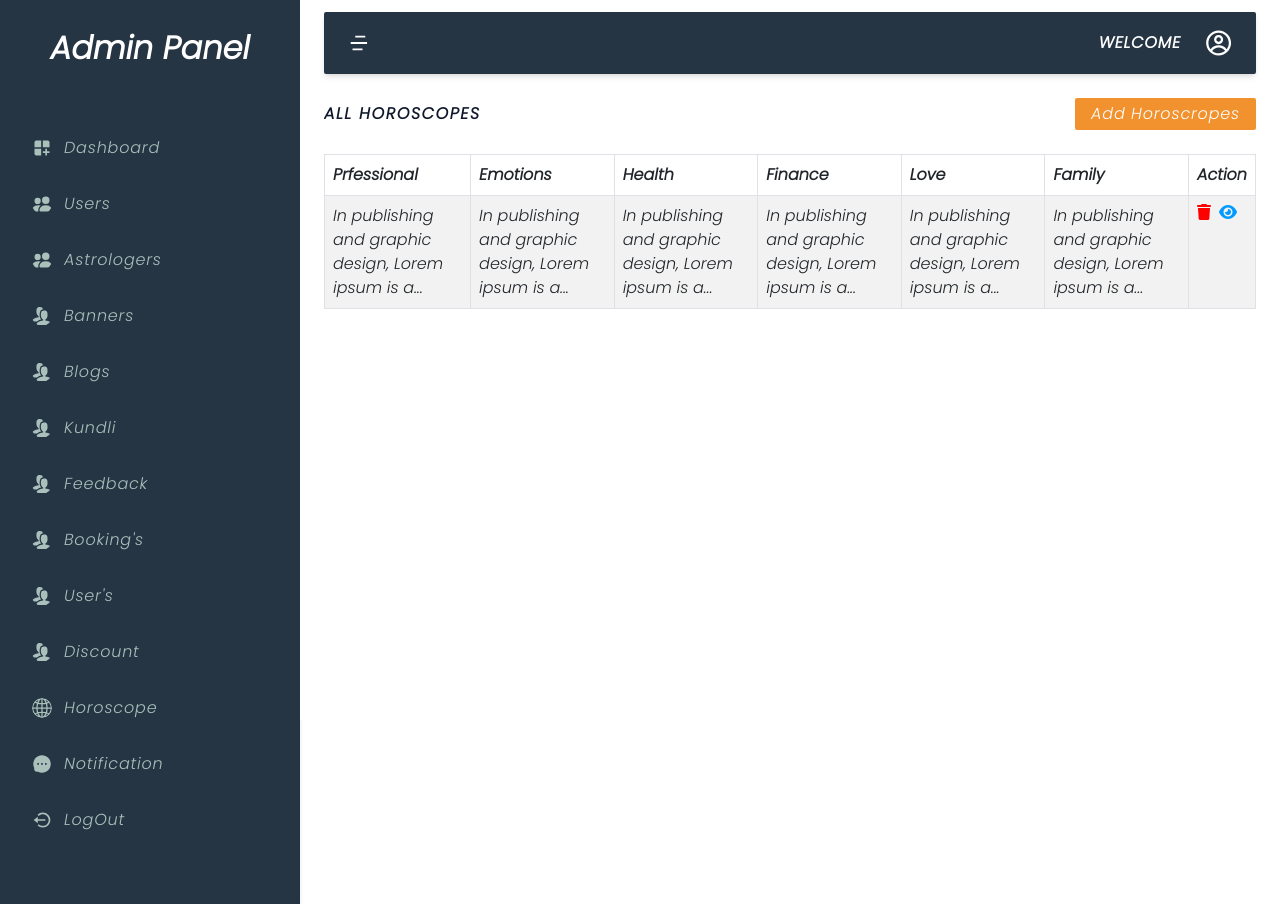
Repository: FlyweisReact/Hariom-Admin-Panel
Page: /horo
The author's editor kept a copy of each file at every save. The page is drawn from the files as they stood at one save, then again after the next save.
The browser window is 1280 px wide. The pictures show the whole page.
Some web libraries are served in a nearby version. The project was rebuilt for these pictures with package versions that can differ from the ones it lists, and the page was loaded fresh each time. Also part of the build but not shown: src/vendorPanel/forms/VendorLogin.jsx, src/vendorPanel/pages/AdminDiscount.js, src/vendorPanel/pages/AdminReview.js, src/vendorPanel/pages/Astrologers.js, src/vendorPanel/pages/Banners.js, src/vendorPanel/pages/Booking.js, src/vendorPanel/pages/Kundli.js, src/vendorPanel/pages/Message.js and 6 more.

Above is the page before, as saved 2023-04-15 15:36:26.

After the next save:
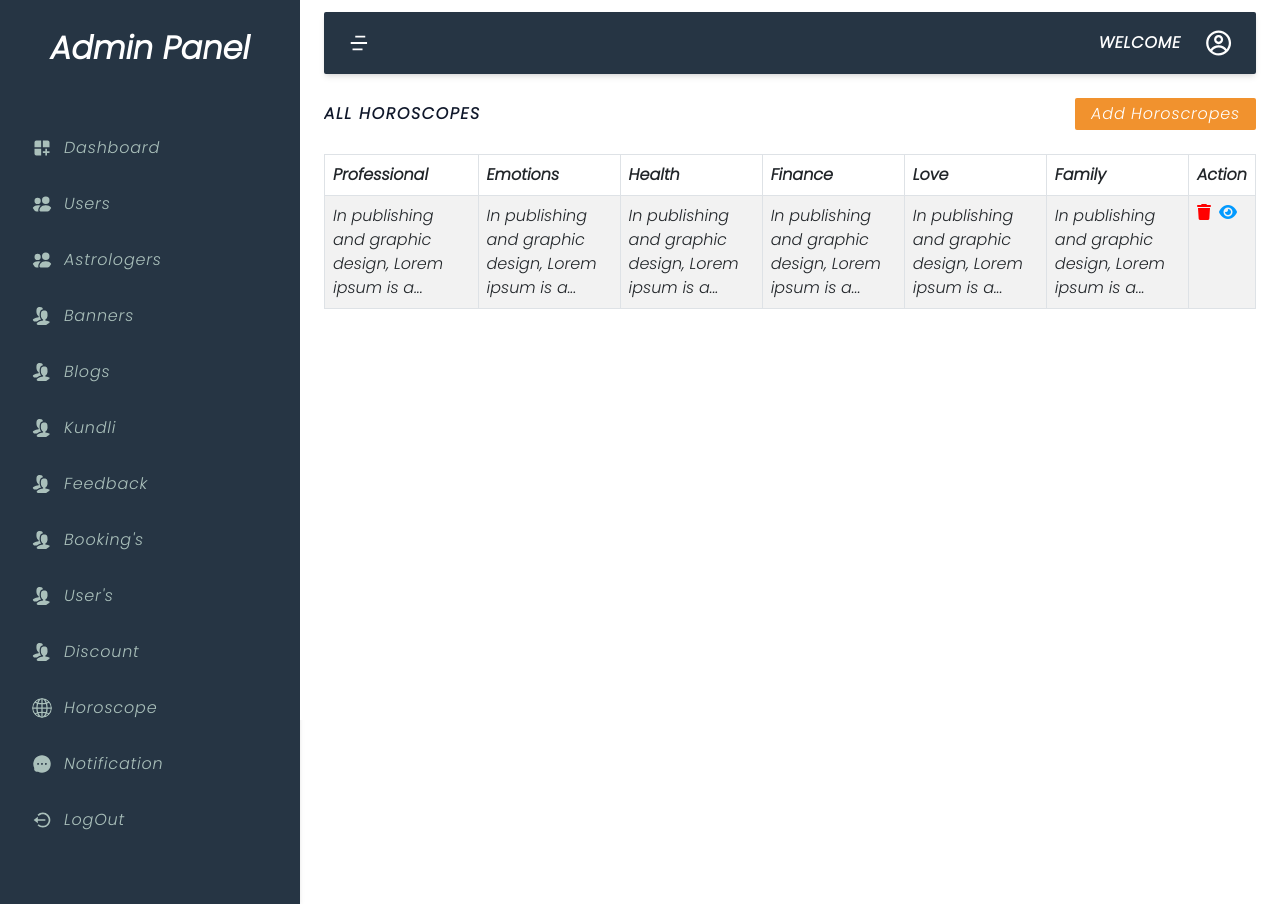
Saved 5 s later.
--- a/src/vendorPanel/pages/Horoscope.js
+++ b/src/vendorPanel/pages/Horoscope.js
@@ -60,7 +60,7 @@ const Horoscope = () => {
         <Table striped bordered hover>
           <thead>
             <tr>
-              <th>Prfessional</th>
+              <th>Professional</th>
               <th>Emotions</th>
               <th>Health</th>
               <th>Finance</th>
